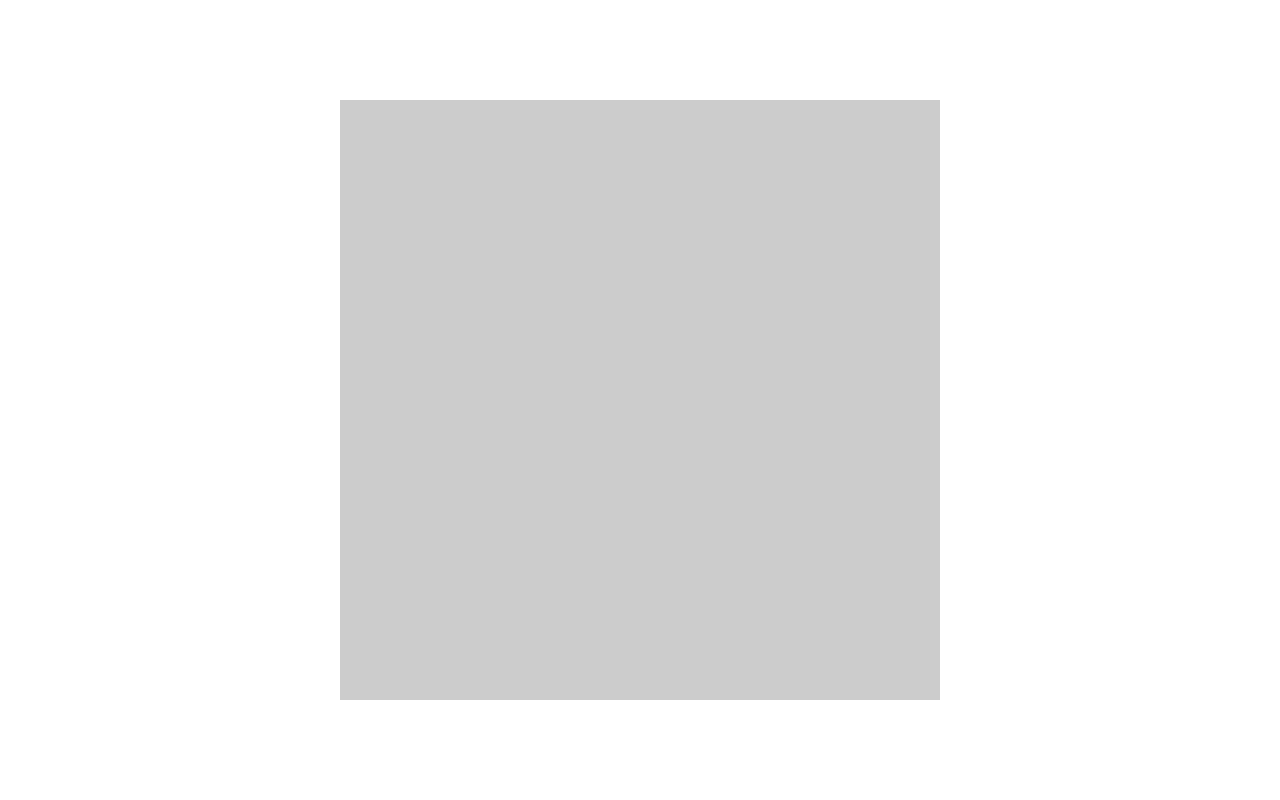
Repository: elvinyeka/SnakeGame
Page: index.html
These files come from the project's save history. The page is drawn as it stood at one moment and after the next save; the edit follows.
The browser window is 1280 px wide. The pictures show the whole page.

Above is the page before, as saved 2020-11-07 20:38:43.

### index.html
<!DOCTYPE html>
<html lang="en">
<head>
    <meta charset="UTF-8">
    <meta name="viewport" content="width=device-width, initial-scale=1.0">
    <link rel="stylesheet" href="css/style.css">
    <title>Snake Game</title>
</head>
<body>
    <script src="js/snake.js"></script>
</body>
</html>

### css/style.css
* {
    box-sizing: border-box;
}

body {
    margin: 100px;
}

.ground {
    width: 600px;
    height: 600px;
    margin: 0 auto;
    display: flex;
    flex-wrap: wrap;
    background-color: #cccccc;
}

.excel{
    width:50px;
    height: 50px;
    padding:5px;
}

### js/snake.js
var ground = document.createElement('div');
document.body.appendChild(ground);
ground.classList.add('ground');

After the next save:
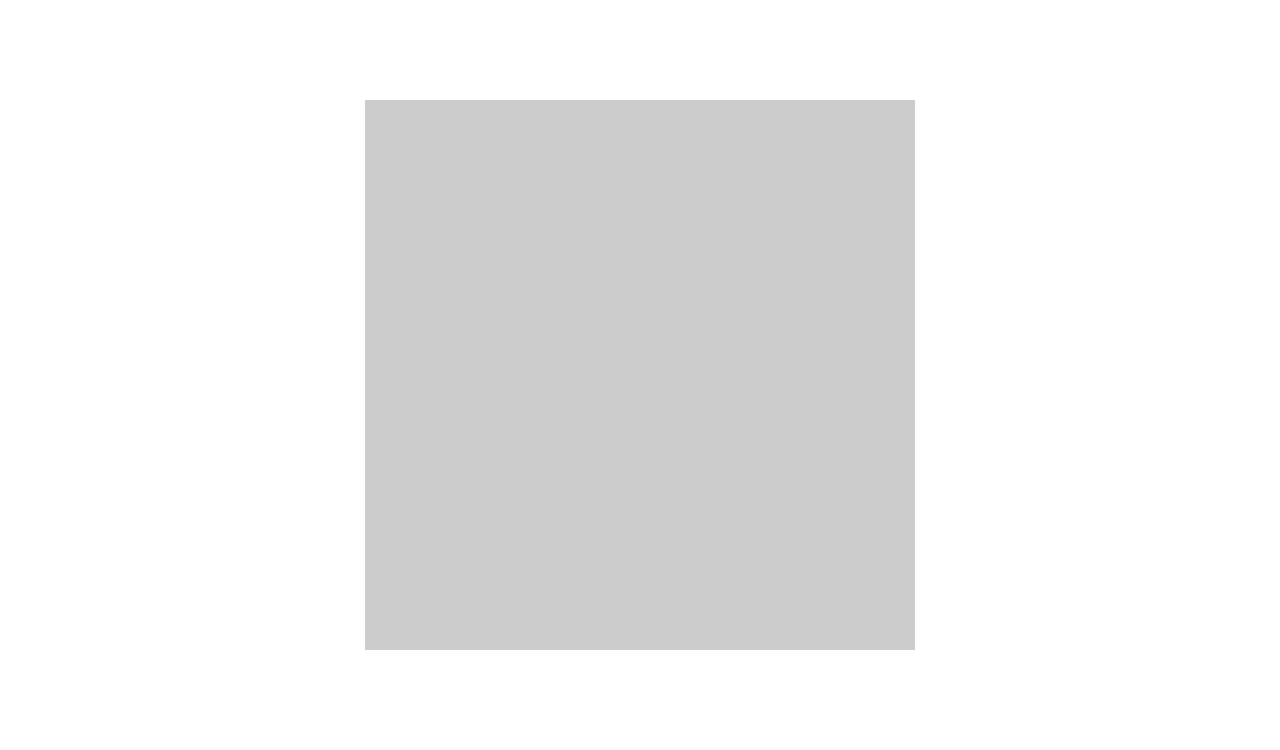
Saved 21 s later.
--- a/css/style.css
+++ b/css/style.css
@@ -7,8 +7,8 @@
 }
 
 .ground {
-    width: 600px;
-    height: 600px;
+    width: 550px;
+    height: 550px;
     margin: 0 auto;
     display: flex;
     flex-wrap: wrap;
